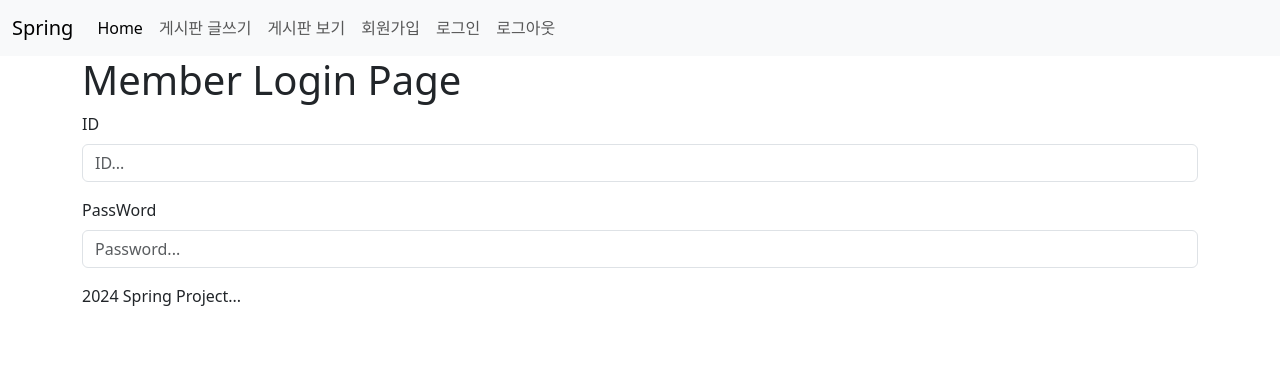
Repository: dhalfks/springTest240430
Page: http://localhost/spring_study/WEB-INF/views/member/login.jsp
These files come from the project's save history. The page is drawn as it stood at one moment and after the next save; the edit follows.
The browser window is 1280 px wide. The pictures show the whole page.
The page is served by Tomcat 9. Nobody is signed in. The template is opened directly, without the code that normally fills it, so the values that code supplies are empty.

Above is the page before, as saved 2024-04-25 07:43:51.

After the next save:
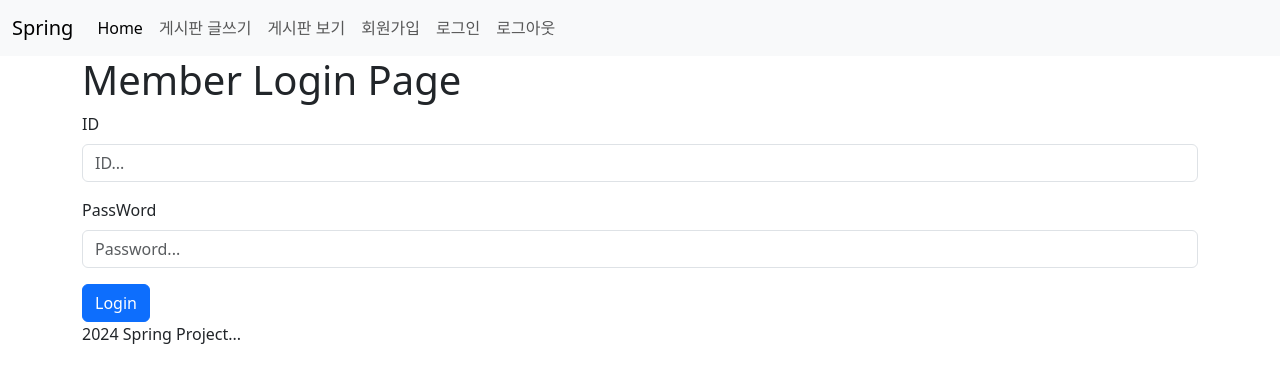
Saved 11 s later.
--- a/spring_study/src/main/webapp/WEB-INF/views/member/login.jsp
+++ b/spring_study/src/main/webapp/WEB-INF/views/member/login.jsp
@@ -12,7 +12,7 @@
 	  <label for="p" class="form-label">PassWord</label>
 	  <input type="password" class="form-control" name="pw" id="p" placeholder="Password...">
 	</div>
-
+	<button type="submit" class="btn btn-primary">Login</button>
 </form>
 
 
